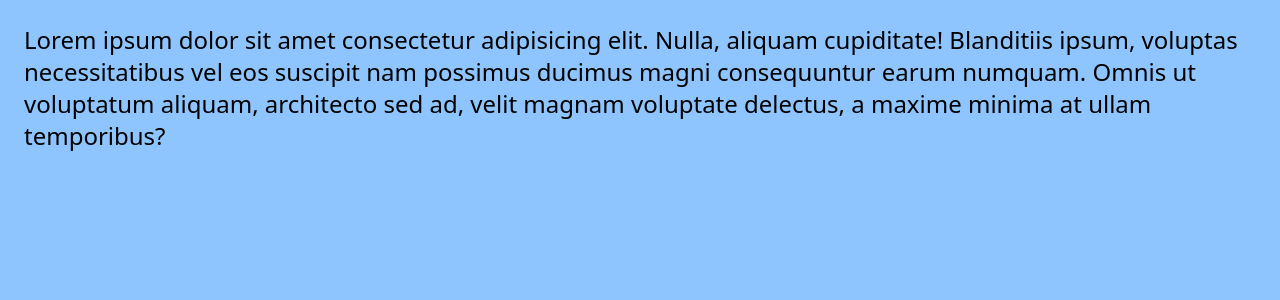
Repository: DinTri/TailwindCss
Page: index.html
An editor plug-in stored every save of this project. The page is shown before and after the next save, followed by the edit.
The browser window is 1280 px wide. The pictures show the whole page.
Some web fonts or font styles are not loaded; a fallback is used.

Above is the page before, as saved 2025-06-08 13:29:50.

After the next save:
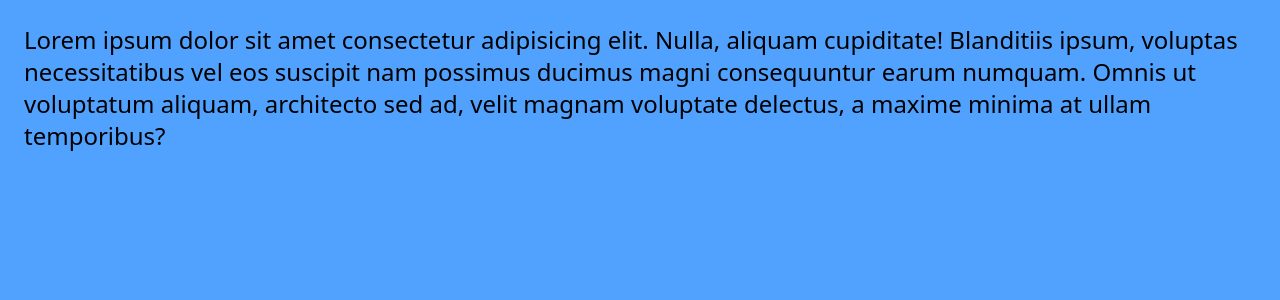
Saved 18 s later.
--- a/index.html
+++ b/index.html
@@ -9,7 +9,7 @@
 <link href="https://fonts.googleapis.com/css2?family=Edu+VIC+WA+NT+Hand+Pre:wght@400..700&display=swap" rel="stylesheet">
     <link rel="stylesheet" href="style.css">
     </head>
-  <body class="bg-blue-300">
+  <body class="bg-blue-400">
     <div class="m-2 p-4 space-y-2">
     <p class="text-2xl">Lorem ipsum dolor sit amet consectetur adipisicing elit. Nulla, aliquam cupiditate! Blanditiis ipsum, voluptas necessitatibus vel eos suscipit nam possimus ducimus magni consequuntur earum numquam. Omnis ut voluptatum aliquam, architecto sed ad, velit magnam voluptate delectus, a maxime minima at ullam temporibus?</p>
   </div>
